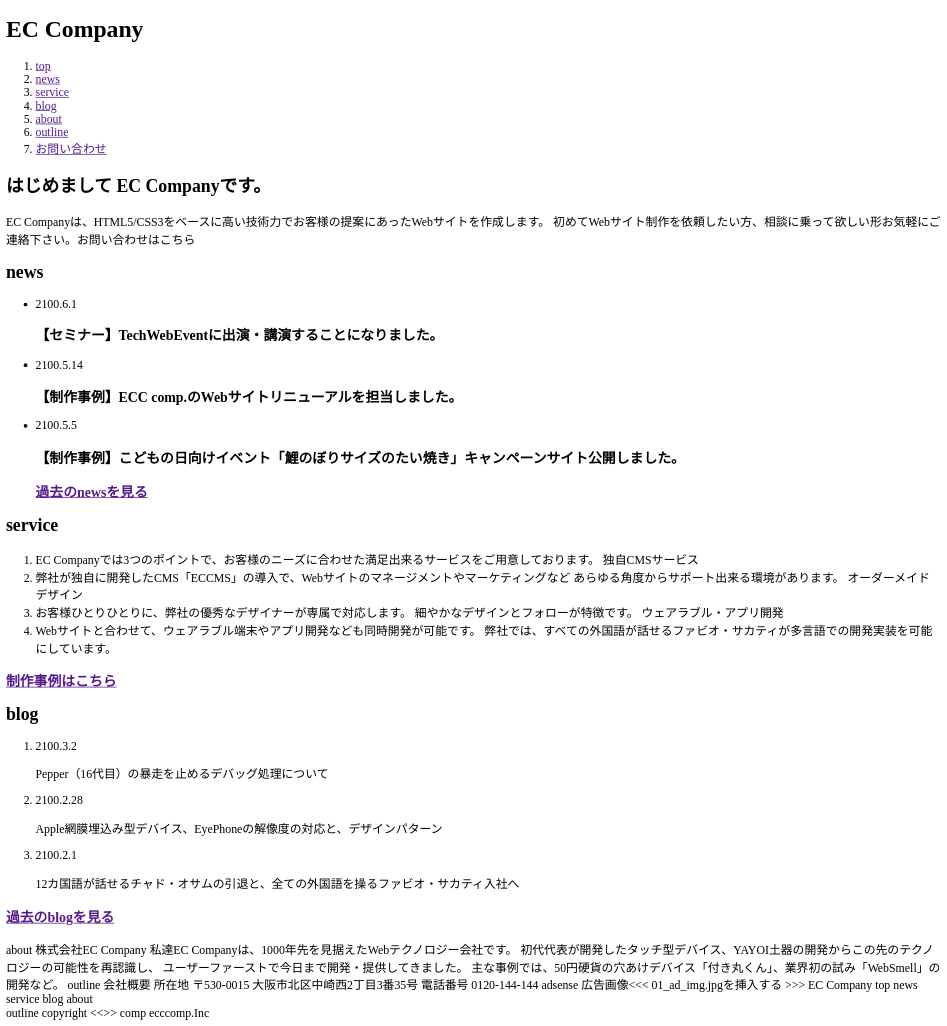
Repository: hsn320/html-practice
Page: html2/work01/work01.html
The author's editor kept a copy of each file at every save. The page is drawn from the files as they stood at one save, then again after the next save.
The browser window is 1280 px wide. The pictures show the whole page, at 74% of full size.

Above is the page before, as saved 2025-10-01 22:56:14.

### html2/work01/work01.html
<!DOCTYPE html>
<html lang="en">
<head>
    <meta charset="UTF-8">
    <meta name="viewport" content="width=device-width, initial-scale=1.0">
    <title>EC Company</title>
</head>
<body>
    <header>
        <h1>EC Company</h1>
        <nav>
            <ol>
                <li><a href="">top</a></li>
                <li><a href="">news</a></li>
                <li><a href="">service</a></li>
                <li><a href="">blog</a></li>
                <li><a href="">about</a></li>
                <li><a href="">outline</a></li>
                <li><a href="">お問い合わせ</a></li>
            </ol>
        </nav>
    </header>
    <main>
    <section>
        <h2>はじめまして EC Companyです。</h2>
        <p>
            EC Companyは、HTML5/CSS3をベースに高い技術力でお客様の提案にあったWebサイトを作成します。
            初めてWebサイト制作を依頼したい方、相談に乗って欲しい形お気軽にご連絡下さい。お問い合わせはこちら
        </p>
    </section>
    <section>
        <h2>news</h2>
        <ul>
            <li>
                <article>
                    <time datetime="2100.6.1">2100.6.1</time>
                    <h3>【セミナー】TechWebEventに出演・講演することになりました。</h3>
                </article>
            </li>
            <li>
                <article>
                    <time datetime="2100.5.14">2100.5.14</time>
                    <h3>【制作事例】ECC comp.のWebサイトリニューアルを担当しました。</h3>
                </article>
            </li>
            <li>
                <article>
                    <time datetime="2100.5.5">2100.5.5</time>
                    <h3>【制作事例】こどもの日向けイベント「鯉のぼりサイズのたい焼き」キャンペーンサイト公開しました。</h3>
                </article>
            </li>
            <h3><a href="">過去のnewsを見る</a></h3>
        </ul>
    </section>
    <section>
        <h2>service</h2>
        <ol>
            <li>
                EC Companyでは3つのポイントで、お客様のニーズに合わせた満足出来るサービスをご用意しております。
                独自CMSサービス
            </li>
            <li>
                弊社が独自に開発したCMS「ECCMS」の導入で、Webサイトのマネージメントやマーケティングなど あらゆる角度からサポート出来る環境があります。
                オーダーメイドデザイン
            </li>
            <li>
                お客様ひとりひとりに、弊社の優秀なデザイナーが専属で対応します。 細やかなデザインとフォローが特徴です。
                ウェアラブル・アプリ開発
            </li>
            <li>Webサイトと合わせて、ウェアラブル端末やアプリ開発なども同時開発が可能です。
                弊社では、すべての外国語が話せるファビオ・サカティが多言語での開発実装を可能にしています。</li>
        </ol>
        <h3><a href="">制作事例はこちら</a></h3>
    </section>


    <section>
        <h2>blog</h2>
        <ol>
            <li>
                <article>
                    <time datetime="2100.3.2">2100.3.2</time>
                    <p>Pepper（16代目）の暴走を止めるデバッグ処理について</p>
                </article>
            </li>
            <li>
                <article>
                    <time datetime="2100.2.28">2100.2.28</time>
                    <p>Apple網膜埋込み型デバイス、EyePhoneの解像度の対応と、デザインパターン</p>
                </article>
            </li>
            <li>
                <article>
                    <time datetime="2100.2.1">2100.2.1</time>
                    <p>12カ国語が話せるチャド・オサムの引退と、全ての外国語を操るファビオ・サカティ入社へ</p>
                </article>
            </li>
        </ol>
        <h3><a href="">過去のblogを見る</a></h3>

    </section>
    about
    株式会社EC Company

    私達EC Companyは、1000年先を見据えたWebテクノロジー会社です。 初代代表が開発したタッチ型デバイス、YAYOI土器の開発からこの先のテクノロジーの可能性を再認識し、 ユーザーファーストで今日まで開発・提供してきました。 主な事例では、50円硬貨の穴あけデバイス「付き丸くん」、業界初の試み「WebSmell」の開発など。

    outline
    会社概要
    所在地
    〒530-0015 大阪市北区中崎西2丁目3番35号
    電話番号
    0120-144-144

    adsense
    広告画像<<< 01_ad_img.jpgを挿入する >>>

    EC Company
    top
    news
    service
    blog
    about
    </main>
outline

copyright <<<copyrightマークに差し替え>>> comp ecccomp.Inc
</body>
</html>

After the next save:
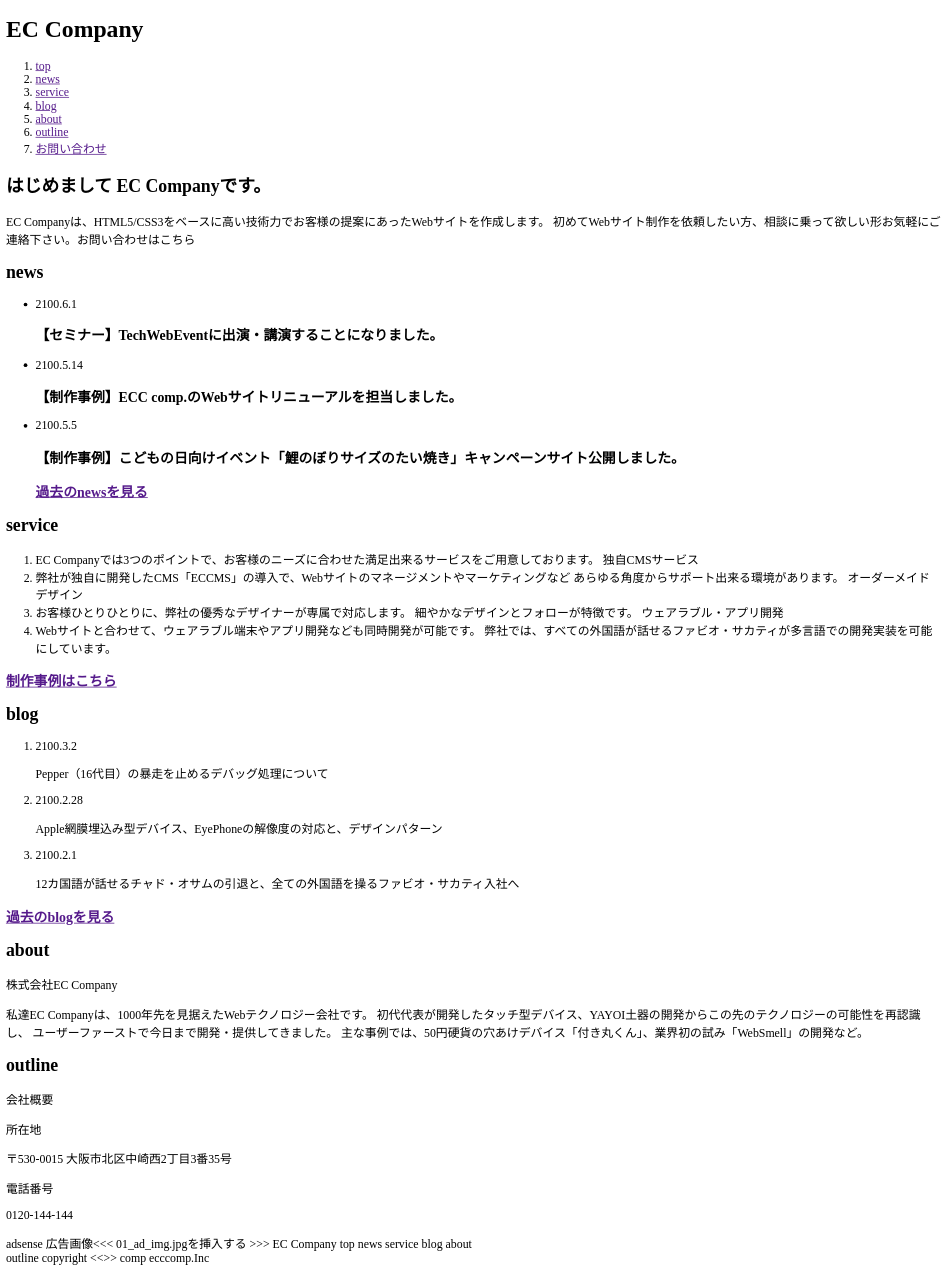
Saved 3 min 54 s later.
--- a/html2/work01/work01.html
+++ b/html2/work01/work01.html
@@ -97,20 +97,21 @@
             </li>
         </ol>
         <h3><a href="">過去のblogを見る</a></h3>
-
     </section>
-    about
-    株式会社EC Company
-
-    私達EC Companyは、1000年先を見据えたWebテクノロジー会社です。 初代代表が開発したタッチ型デバイス、YAYOI土器の開発からこの先のテクノロジーの可能性を再認識し、 ユーザーファーストで今日まで開発・提供してきました。 主な事例では、50円硬貨の穴あけデバイス「付き丸くん」、業界初の試み「WebSmell」の開発など。
-
-    outline
-    会社概要
-    所在地
-    〒530-0015 大阪市北区中崎西2丁目3番35号
-    電話番号
-    0120-144-144
-
+    <section>
+        <h2>about</h2>
+        <p>株式会社EC Company</p>
+        <p>私達EC Companyは、1000年先を見据えたWebテクノロジー会社です。 初代代表が開発したタッチ型デバイス、YAYOI土器の開発からこの先のテクノロジーの可能性を再認識し、 ユーザーファーストで今日まで開発・提供してきました。
+            主な事例では、50円硬貨の穴あけデバイス「付き丸くん」、業界初の試み「WebSmell」の開発など。</p>
+    </section>
+    <section>
+        <h2>outline</h2>
+        <p>会社概要</p>
+        <p>所在地</p>
+        <p>〒530-0015 大阪市北区中崎西2丁目3番35号</p>
+        <p>電話番号</p>
+        <p>0120-144-144</p>
+    </section>
     adsense
     広告画像<<< 01_ad_img.jpgを挿入する >>>
 
